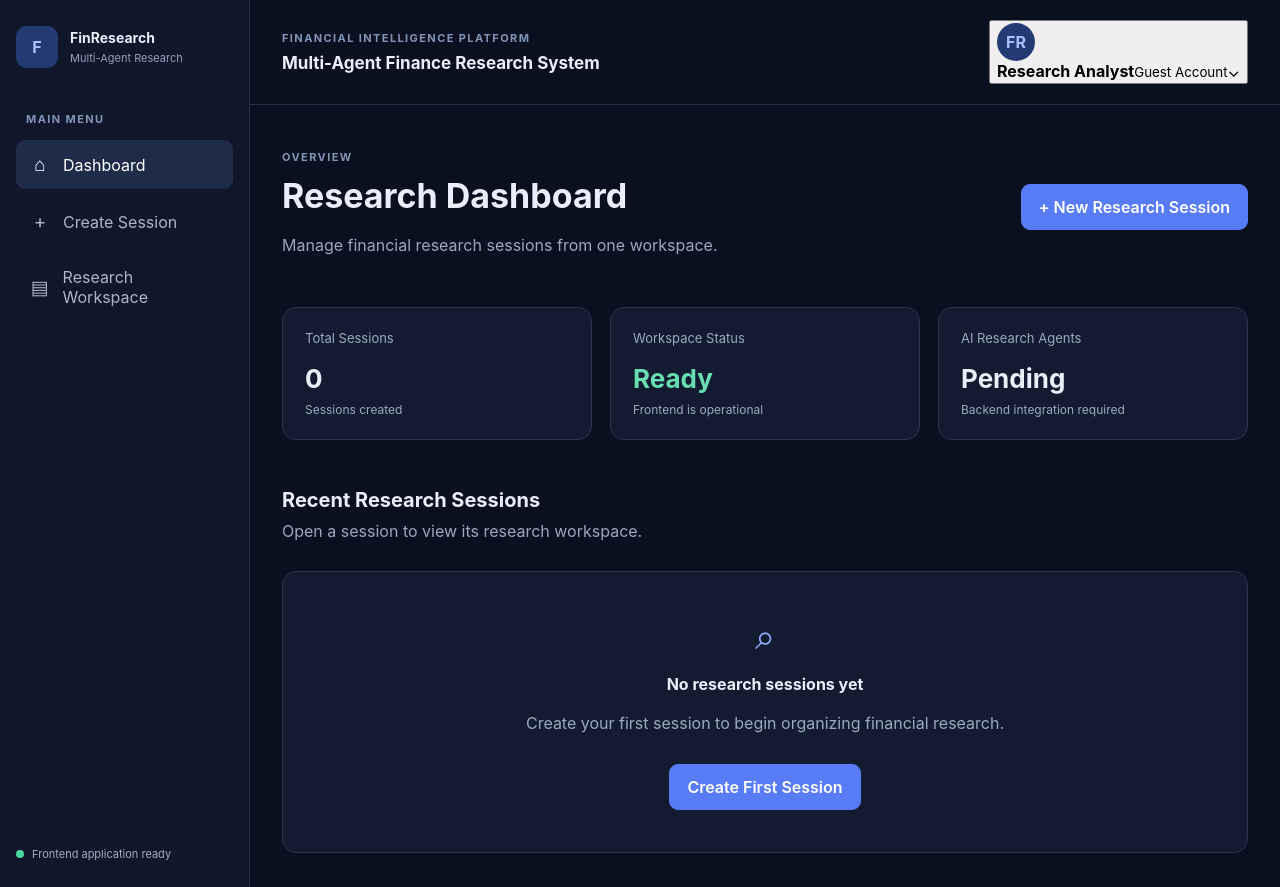
Repository: Divija538/multi-agent-financial-research-system
Page: /
These files come from the project's save history. The page is drawn as it stood at one moment and after the next save; the edit follows.
The browser window is 1280 px wide. The pictures show the whole page.
The project was rebuilt for these pictures with package versions that can differ from the ones it lists, and the page was loaded fresh each time. Also part of the build but not shown: src/components/SessionCard.jsx, src/pages/CreateSession.jsx, src/pages/ResearchWorkspace.jsx.

Above is the page before, as saved 2026-10-15 16:45:01.

After the next save:
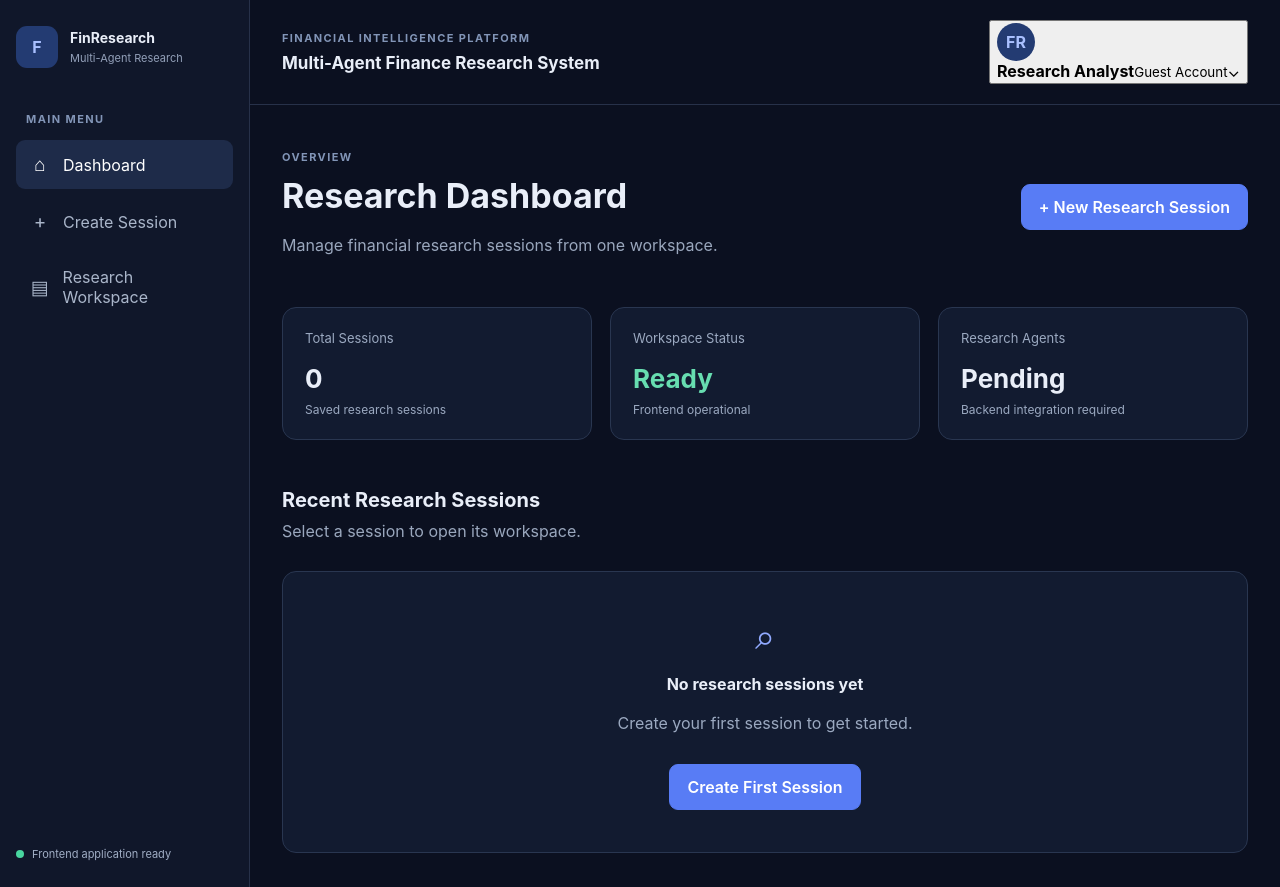
Saved 32 s later.
--- a/src/pages/Dashboard.jsx
+++ b/src/pages/Dashboard.jsx
@@ -1,10 +1,17 @@
+import React from "react";
 import SessionCard from "../components/SessionCard.jsx";
-import React from "react";
+
 export default function Dashboard({
   sessions,
   setPage,
-  setActiveSession
+  setActiveSession,
+  onDeleteSession
 }) {
+  function openSession(session) {
+    setActiveSession(session);
+    setPage("Research Workspace");
+  }
+
   return (
     <section className="page">
       <div className="welcome-row">
@@ -28,17 +35,17 @@ export default function Dashboard({
         <div className="stat-card">
           <span>Total Sessions</span>
           <strong>{sessions.length}</strong>
-          <small>Sessions created</small>
+          <small>Saved research sessions</small>
         </div>
 
         <div className="stat-card">
           <span>Workspace Status</span>
           <strong className="success-text">Ready</strong>
-          <small>Frontend is operational</small>
+          <small>Frontend operational</small>
         </div>
 
         <div className="stat-card">
-          <span>AI Research Agents</span>
+          <span>Research Agents</span>
           <strong>Pending</strong>
           <small>Backend integration required</small>
         </div>
@@ -48,7 +55,7 @@ export default function Dashboard({
         <div>
           <h2>Recent Research Sessions</h2>
           <p className="muted">
-            Open a session to view its research workspace.
+            Select a session to open its workspace.
           </p>
         </div>
       </div>
@@ -57,9 +64,7 @@ export default function Dashboard({
         <div className="empty-state">
           <div className="empty-icon">⌕</div>
           <h3>No research sessions yet</h3>
-          <p>
-            Create your first session to begin organizing financial research.
-          </p>
+          <p>Create your first session to get started.</p>
 
           <button
             className="primary-button"
@@ -74,10 +79,8 @@ export default function Dashboard({
             <SessionCard
               key={session.id}
               session={session}
-              onOpen={() => {
-                setActiveSession(session);
-                setPage("Research Workspace");
-              }}
+              onOpen={() => openSession(session)}
+              onDelete={() => onDeleteSession(session.id)}
             />
           ))}
         </div>
